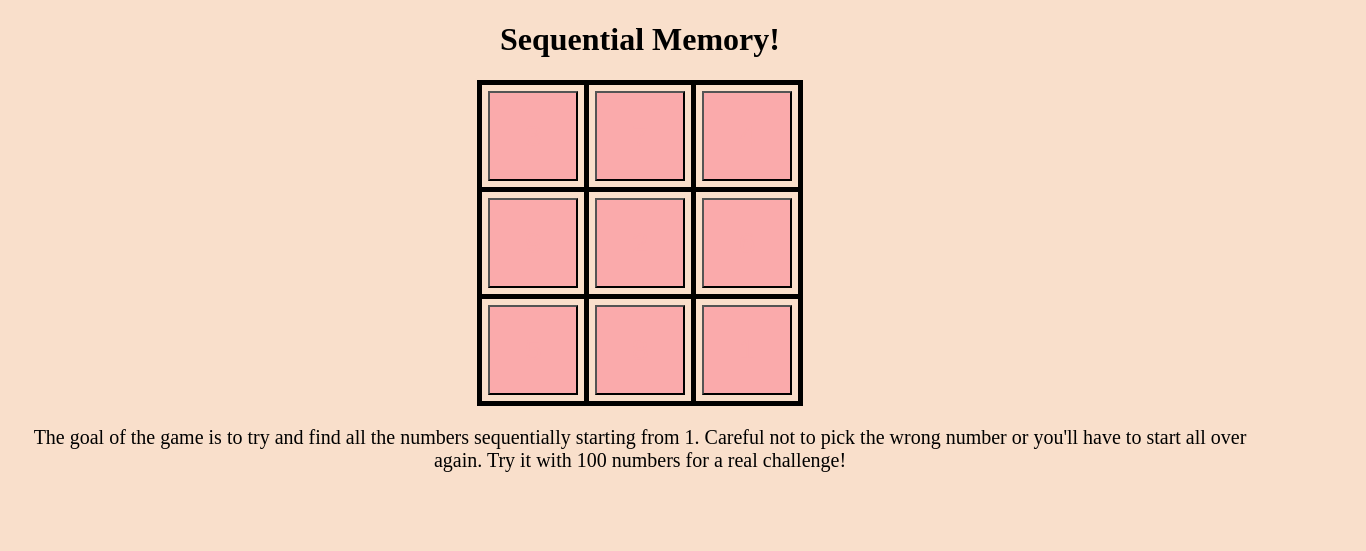
Repository: HyveMynd/htdocs
Page: PS1/SequentialMemory.html
An editor plug-in stored every save of this project. The page is shown before and after the next save, followed by the edit.
The browser window is 1280 px wide. The page is 1280 px wide, then 1366 px, so the pictures cover 1366 px, including what lies to the right of the window. The pictures show the whole page.
After loading, the first visible `#num3` was clicked once.
Some web libraries are served in a nearby version.

Above is the page before, as saved 2013-01-22 05:15:54.

After the next save:
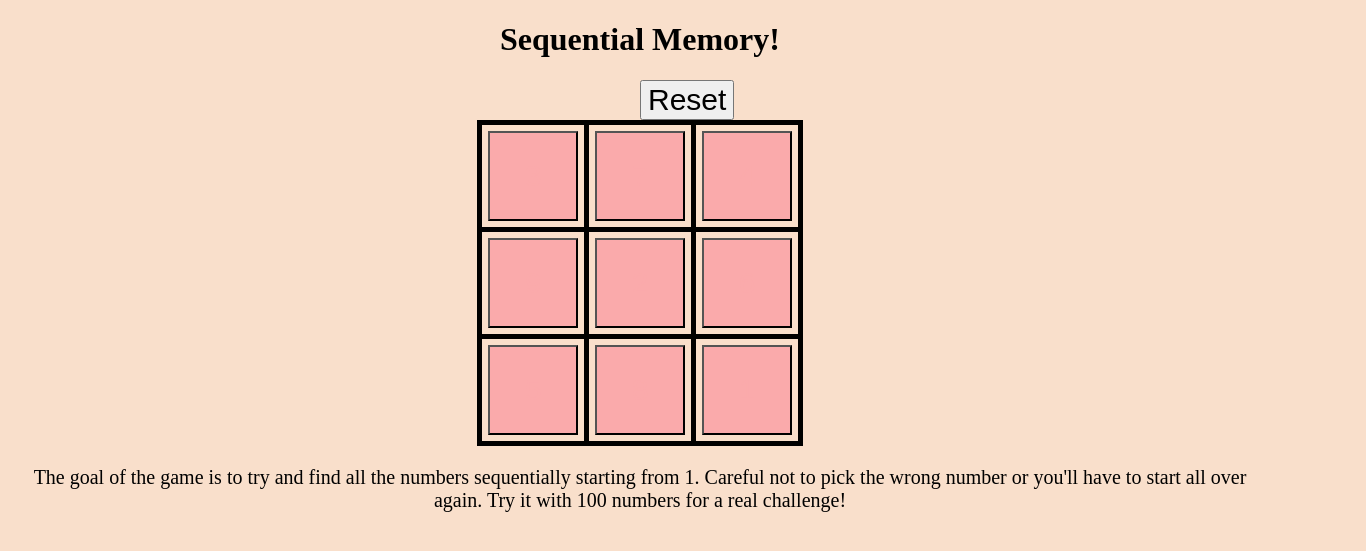
Saved 34 h 48 min later.
--- a/PS1/MemoryControl.js
+++ b/PS1/MemoryControl.js
@@ -47,11 +47,11 @@ function displayBoard(num){
 	}
 	board += "</table>";
 	$(".gameboard").append(board);
+
 	//hide buttons
 	$("#num3").hide();
 	$("#num5").hide();
 	$("#num10").hide();
-	$("#Reset").hide();
 
 	//tie gameboard buttons
 	$(".gameboard input").click(function () { play(this); });
